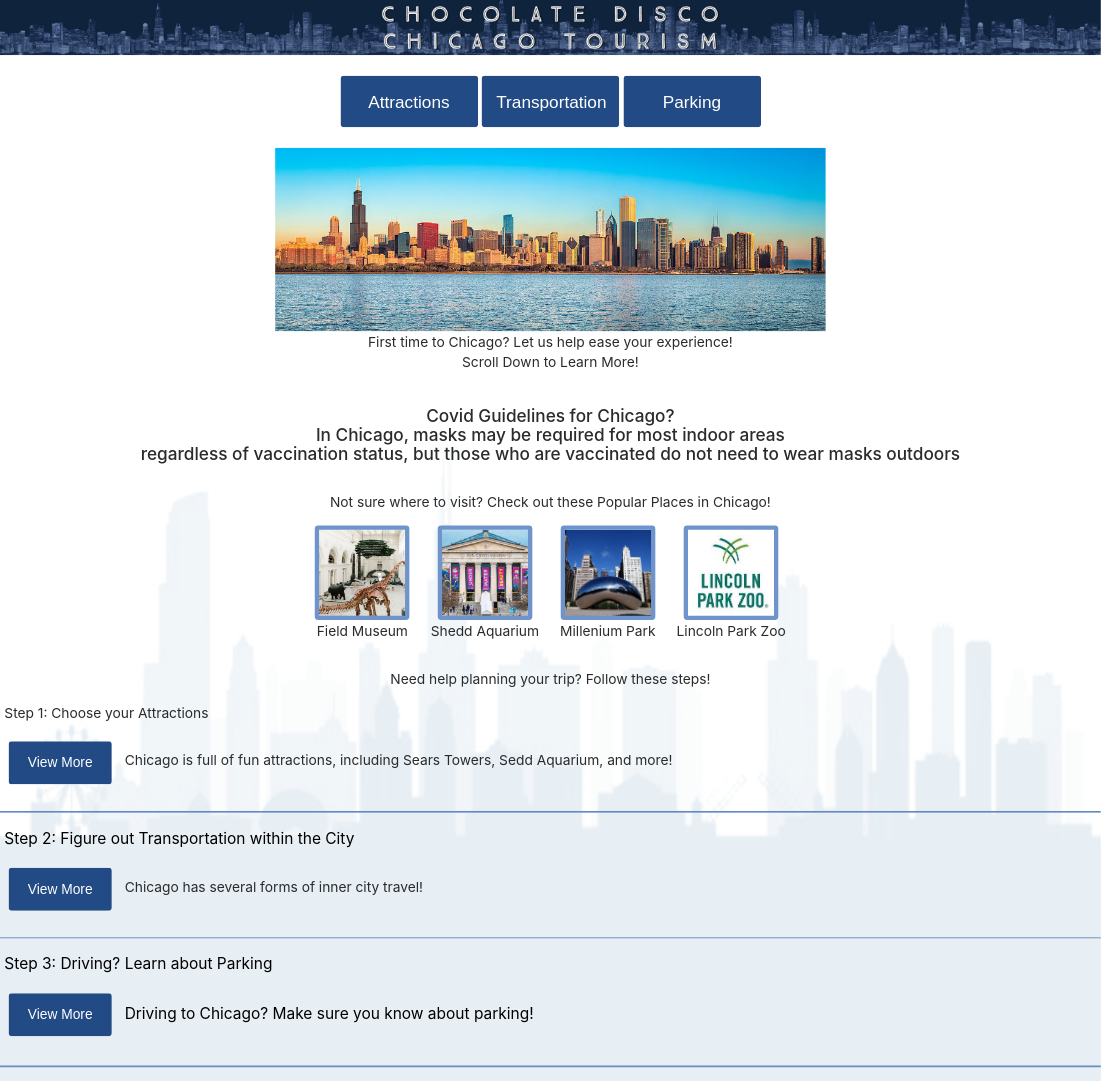
Repository: rkodit2/cs422project
Page: homepage.html
These files come from the project's save history. The page is drawn as it stood at one moment and after a run of saves; the edit follows.
The browser window is 1280 px wide. The pictures show the whole page, at 86% of full size.

Above is the page before, as saved 2021-11-26 13:53:22.

After the next 2 saves:
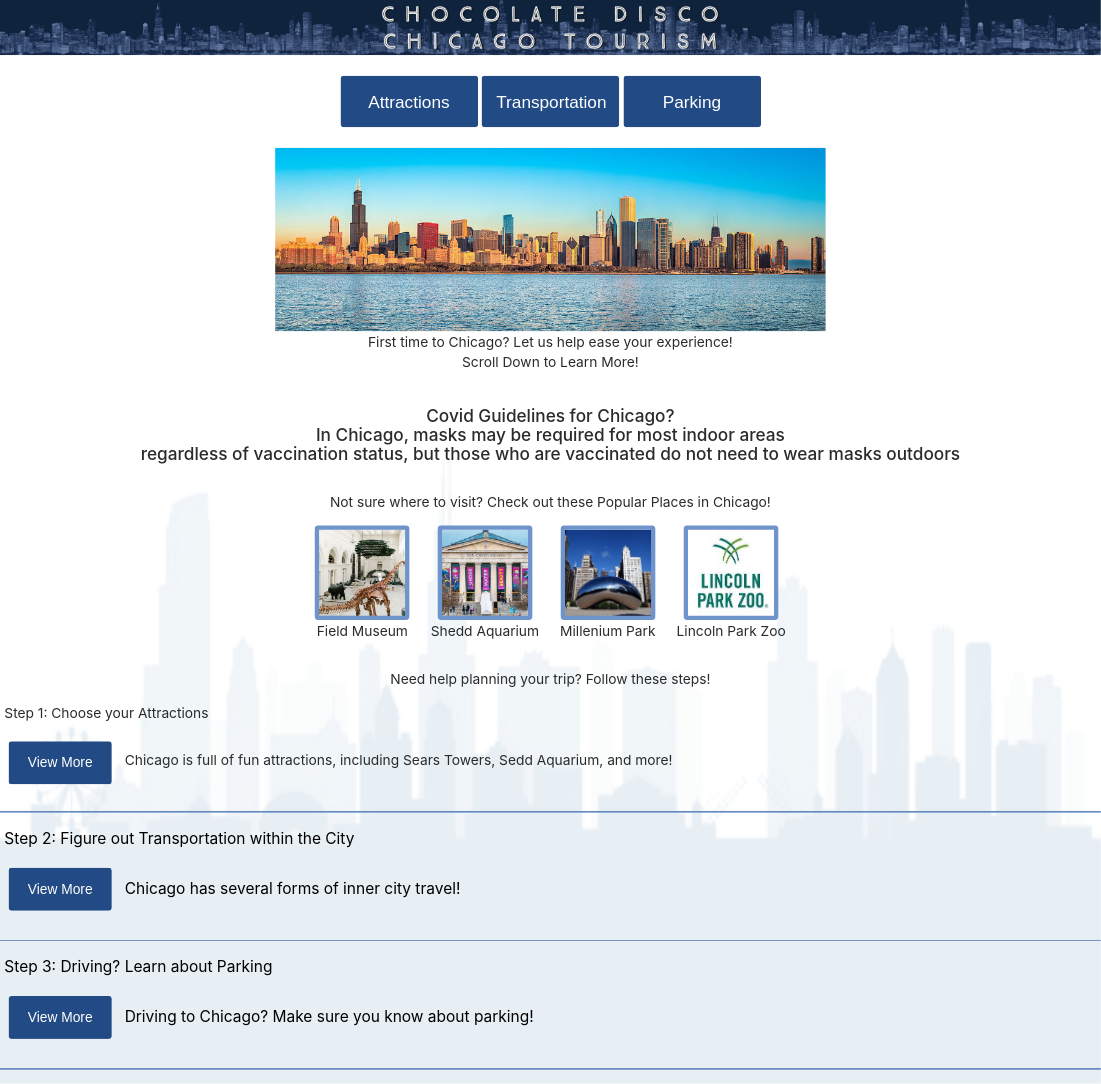
The 2 saves are shown as one change because they came seconds apart.
The last was saved 51 s later.
--- a/homepage.html
+++ b/homepage.html
@@ -79,7 +79,7 @@
     <div class= "viewMore">
       <button type ="button" id="VMT" class="btn" onclick="location.href='transportation.html';" style = "width: 120px; height:50px; vertical-align: middle;  margin-left: 10px; margin-top: 5px; white-space: normal; background-color: rgb(34, 74, 133); color: white;" onmouseenter = "this.style.backgroundColor = 'rgb(111, 148, 204)'" onmouseleave="style.backgroundColor = 'rgb(34, 74, 133)'"> View More </button>
       <span style = "padding: 15px;">
-        <p> Chicago has several forms of inner city travel! </p>
+        <p style="font-size: 18px;  color: black;"> Chicago has several forms of inner city travel! </p>
       </span>
     </div>
 
